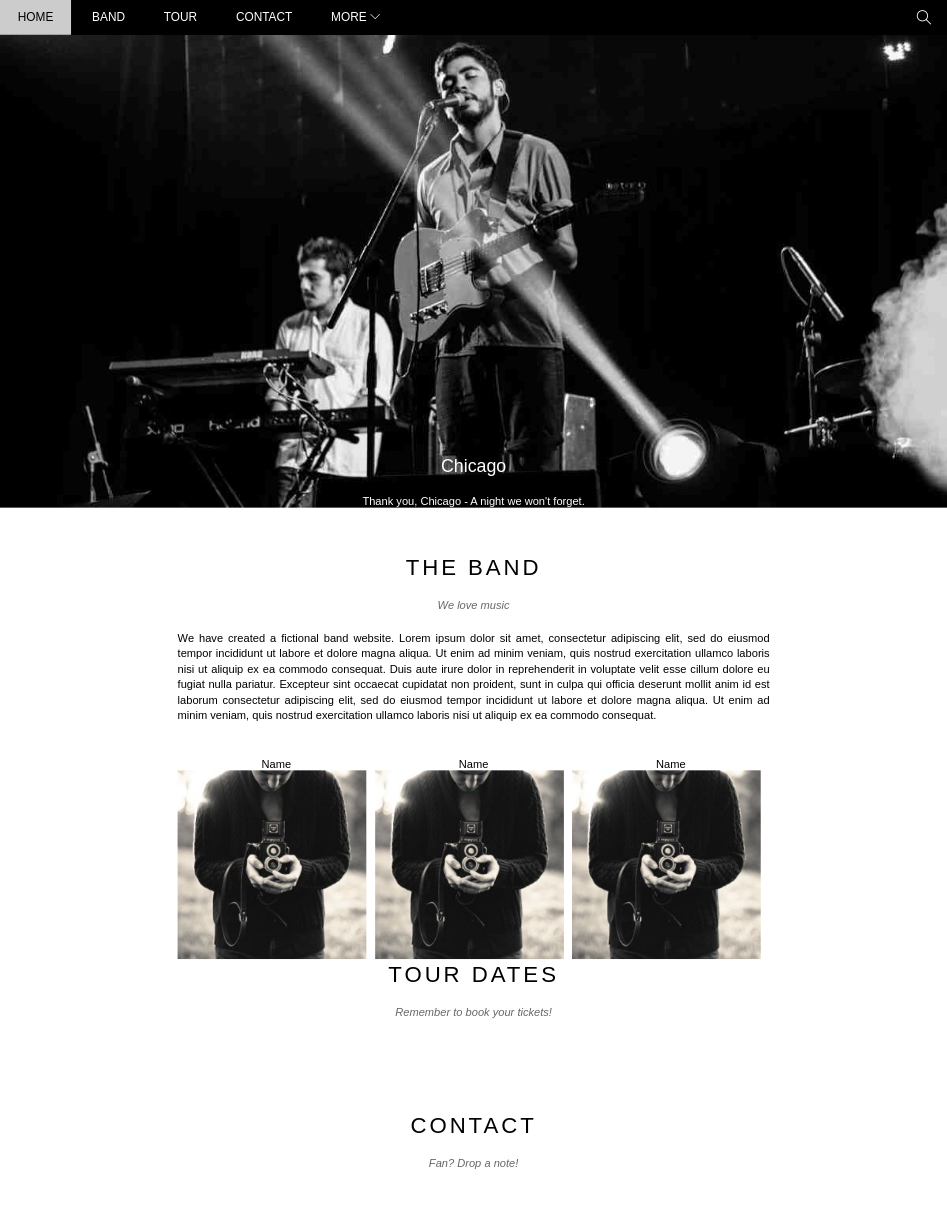
Repository: Thanhtrunghoang123/the-band
Page: index.html
An editor plug-in stored every save of this project. The page is shown before and after the next save, followed by the edit.
The browser window is 1280 px wide. The pictures show the whole page, at 74% of full size.

Above is the page before, as saved 2022-07-21 06:45:26.

After the next save:
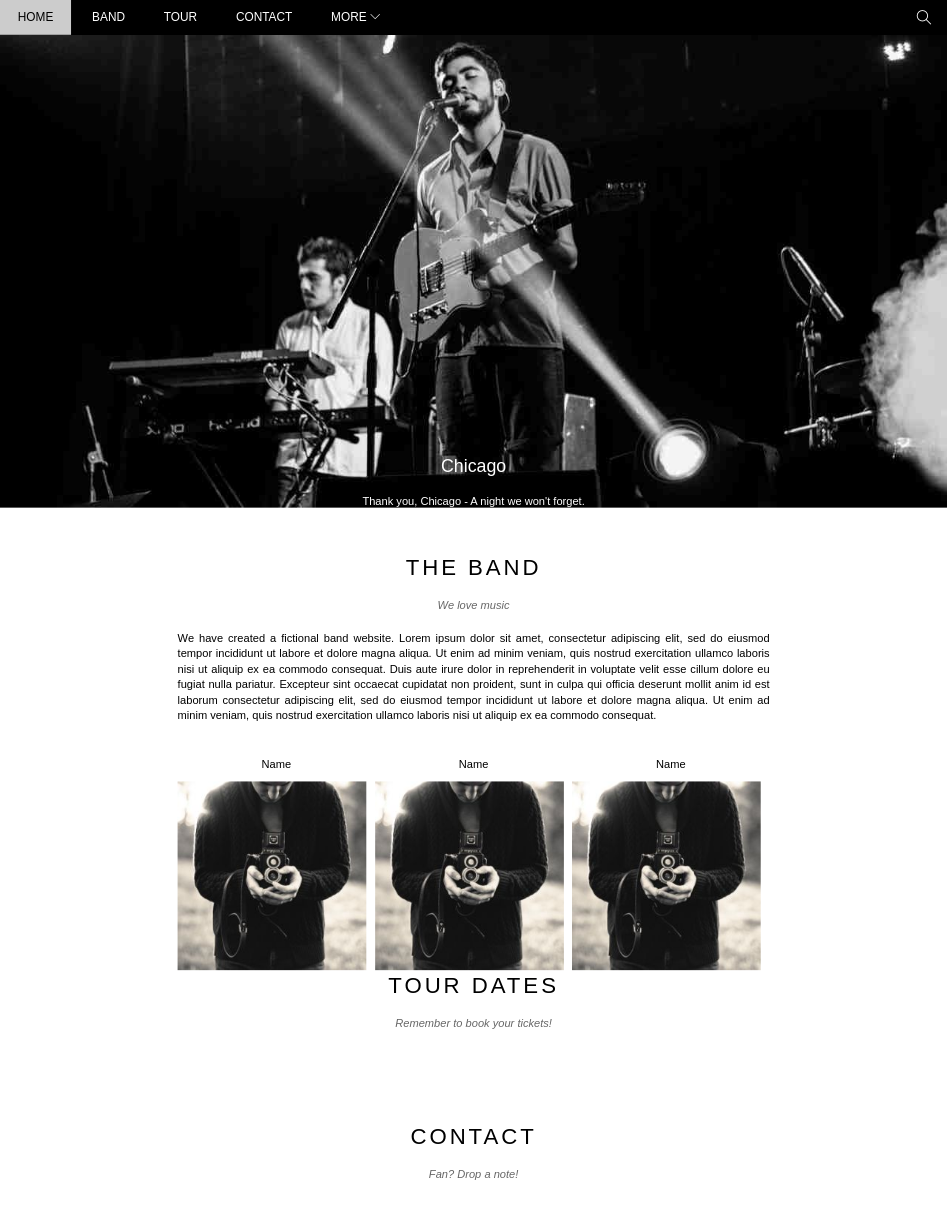
Saved 80 s later.
--- a/assest/css/style.css
+++ b/assest/css/style.css
@@ -162,7 +162,11 @@ html{
 #content .member-name{
     text-align: center;
     font-size: 15px;
-} */
+}
+
+#content .member-img{
+    margin-top: 15px;
+}
 
 #footer{
 
